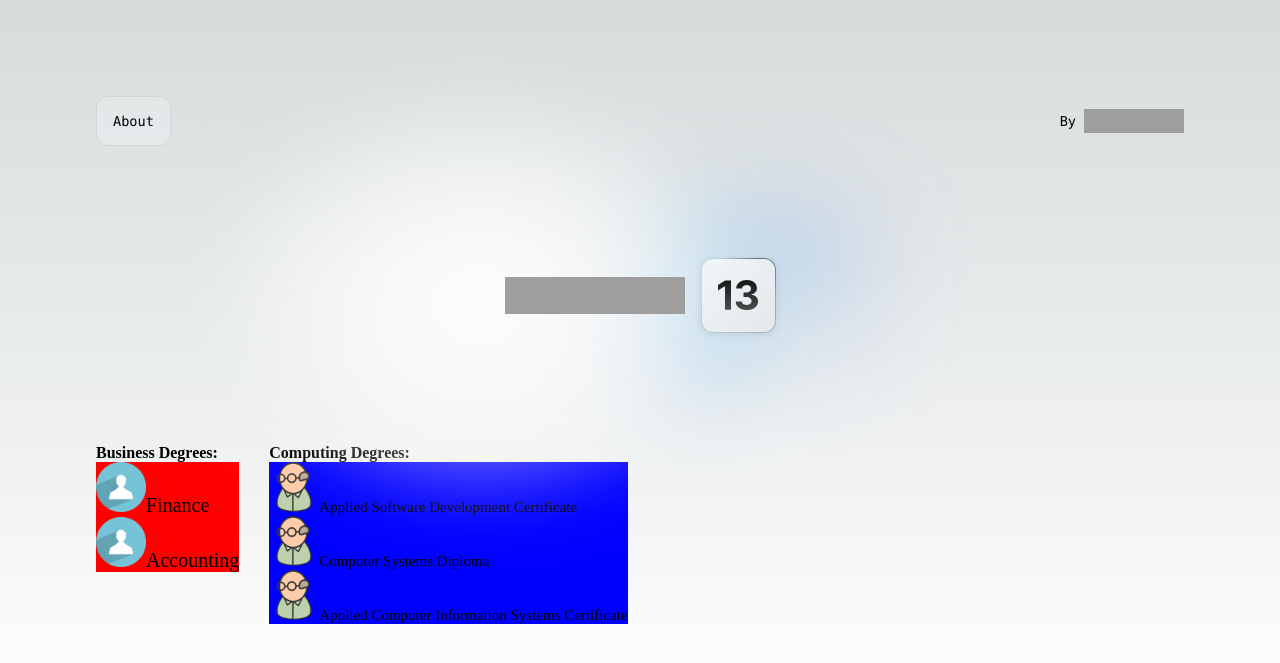
Repository: anikagrewal/week3example
Page: /
These files come from the project's save history. The page is drawn as it stood at one moment and after the next save; the edit follows.
The browser window is 1280 px wide. The pictures show the whole page.
Pictures or frames that could not be fetched are drawn as grey boxes. The project was rebuilt for these pictures with package versions that can differ from the ones it lists, and the page was loaded fresh each time. The framework's server and built-in components were replaced by stand-ins that run in the browser. Also part of the build but not shown: next.config.js.

Above is the page before, as saved 2023-01-18 12:46:33.

### pages/index.js
import Head from 'next/head'
import Image from 'next/image'
import { Inter } from '@next/font/google'
import styles from '@/styles/Home.module.css'
import data from '../data/education.json'
import { useState } from 'react'
import Card from '../components/Card'
import Link from 'next/link'

const inter = Inter({ subsets: ['latin'] })

console.log(data);
export default function Home() {

  const [information, setInformation] = useState([...data])

  return (
    <>
      <Head>
        <title>Create Next App</title>
        <meta name="description" content="Generated by create next app" />
        <meta name="viewport" content="width=device-width, initial-scale=1" />
        <link rel="icon" href="/favicon.ico" />
      </Head>
      <main className={styles.main}>
        <div className={styles.description}>
          <p>
            <Link href="about">About</Link>
          </p>
          <div>
            <a
              href="https://vercel.com?utm_source=create-next-app&utm_medium=default-template&utm_campaign=create-next-app"
              target="_blank"
              rel="noopener noreferrer"
            >
              By{' '}
              <Image
                src="/vercel.svg"
                alt="Vercel Logo"
                className={styles.vercelLogo}
                width={100}
                height={24}
                priority
              />
            </a>
          </div>
        </div>

        <div className={styles.center}>
          <Image
            className={styles.logo}
            src="/next.svg"
            alt="Next.js Logo"
            width={180}
            height={37}
            priority
          />
          <div className={styles.thirteen}>
            <Image
              src="/thirteen.svg"
              alt="13"
              width={40}
              height={31}
              priority
            />
          </div>
        </div>

        <div className={styles.grid}>
          <div className={styles.busdeg}>
        <b>Business Degrees: </b>
          {information && information.map((info, index) => {
            if(info.department === "Business") {
              return (
                <Card key={index} degree={info.degree} colour="red" font="20px"/>
              )
            }


          })}
          </div>

        <div className={styles.compdeg}>
          <b>Computing Degrees:</b>
            {information && information.map((info, index) => {
            if(info.department.toLowerCase() === "computing") {
              return (
                <Card key={index} degree={info.degree} colour="blue" font="15px"/>
              )
            }
          })}

          </div>

        </div>
      </main>
    </>
  )
}

### styles/Home.module.css
.main {
  display: flex;
  flex-direction: column;
  justify-content: space-between;
  align-items: center;
  padding: 6rem;
  min-height: 100vh;
}

.description {
  display: inherit;
  justify-content: inherit;
  align-items: inherit;
  font-size: 0.85rem;
  max-width: var(--max-width);
  width: 100%;
  z-index: 2;
  font-family: var(--font-mono);
}

.description a {
  display: flex;
  justify-content: center;
  align-items: center;
  gap: 0.5rem;
}

.description p {
  position: relative;
  margin: 0;
  padding: 1rem;
  background-color: rgba(var(--callout-rgb), 0.5);
  border: 1px solid rgba(var(--callout-border-rgb), 0.3);
  border-radius: var(--border-radius);
}

.code {
  font-weight: 700;
  font-family: var(--font-mono);
}

.grid {
  display: grid;
  grid-template-columns: repeat(4, minmax(25%, auto));
  width: var(--max-width);
  max-width: 100%;

}

.grid {
  display: flex;
  gap: 30px;
}

.card {
  padding: 1rem 1.2rem;
  border-radius: var(--border-radius);
  background: rgba(var(--card-rgb), 0);
  border: 1px solid rgba(var(--card-border-rgb), 0);
  transition: background 200ms, border 200ms;
}

.card span {
  display: inline-block;
  transition: transform 200ms;
}

.card h2 {
  font-weight: 600;
  margin-bottom: 0.7rem;
}

.card p {
  margin: 0;
  opacity: 0.6;
  font-size: 0.9rem;
  line-height: 1.5;
  max-width: 30ch;
}

.center {
  display: flex;
  justify-content: center;
  align-items: center;
  position: relative;
  padding: 4rem 0;
}

.center::before {
  background: var(--secondary-glow);
  border-radius: 50%;
  width: 480px;
  height: 360px;
  margin-left: -400px;
}

.center::after {
  background: var(--primary-glow);
  width: 240px;
  height: 180px;
  z-index: -1;
}

.center::before,
.center::after {
  content: '';
  left: 50%;
  position: absolute;
  filter: blur(45px);
  transform: translateZ(0);
}

.logo,
.thirteen {
  position: relative;
}

.thirteen {
  display: flex;
  justify-content: center;
  align-items: center;
  width: 75px;
  height: 75px;
  padding: 25px 10px;
  margin-left: 16px;
  transform: translateZ(0);
  border-radius: var(--border-radius);
  overflow: hidden;
  box-shadow: 0px 2px 8px -1px #0000001a;
}

.thirteen::before,
.thirteen::after {
  content: '';
  position: absolute;
  z-index: -1;
}

.busdeg {

}

.compdeg {

}

/* Conic Gradient Animation */
.thirteen::before {
  animation: 6s rotate linear infinite;
  width: 200%;
  height: 200%;
  background: var(--tile-border);
}

/* Inner Square */
.thirteen::after {
  inset: 0;
  padding: 1px;
  border-radius: var(--border-radius);
  background: linear-gradient(
    to bottom right,
    rgba(var(--tile-start-rgb), 1),
    rgba(var(--tile-end-rgb), 1)
  );
  background-clip: content-box;
}

/* Enable hover only on non-touch devices */
@media (hover: hover) and (pointer: fine) {
  .card:hover {
    background: rgba(var(--card-rgb), 0.1);
    border: 1px solid rgba(var(--card-border-rgb), 0.15);
  }

  .card:hover span {
    transform: translateX(4px);
  }
}

@media (prefers-reduced-motion) {
  .thirteen::before {
    animation: none;
  }

  .card:hover span {
    transform: none;
  }
}

/* Mobile */
@media (max-width: 700px) {
  .content {
    padding: 4rem;
  }

  .grid {
    grid-template-columns: 1fr;
    margin-bottom: 120px;
    max-width: 320px;
    text-align: center;
  }

  .card {
    padding: 1rem 2.5rem;
  }

  .card h2 {
    margin-bottom: 0.5rem;
  }

  .center {
    padding: 8rem 0 6rem;
  }

  .center::before {
    transform: none;
    height: 300px;
  }

  .description {
    font-size: 0.8rem;
  }

  .description a {
    padding: 1rem;
  }

  .description p,
  .description div {
    display: flex;
    justify-content: center;
    position: fixed;
    width: 100%;
  }

  .description p {
    align-items: center;
    inset: 0 0 auto;
    padding: 2rem 1rem 1.4rem;
    border-radius: 0;
    border: none;
    border-bottom: 1px solid rgba(var(--callout-border-rgb), 0.25);
    background: linear-gradient(
      to bottom,
      rgba(var(--background-start-rgb), 1),
      rgba(var(--callout-rgb), 0.5)
    );
    background-clip: padding-box;
    backdrop-filter: blur(24px);
  }

  .description div {
    align-items: flex-end;
    pointer-events: none;
    inset: auto 0 0;
    padding: 2rem;
    height: 200px;
    background: linear-gradient(
      to bottom,
      transparent 0%,
      rgb(var(--background-end-rgb)) 40%
    );
    z-index: 1;
  }
}

/* Tablet and Smaller Desktop */
@media (min-width: 701px) and (max-width: 1120px) {
  .grid {
    grid-template-columns: repeat(2, 50%);
  }
}

@media (prefers-color-scheme: dark) {
  .vercelLogo {
    filter: invert(1);
  }

  .logo,
  .thirteen img {
    filter: invert(1) drop-shadow(0 0 0.3rem #ffffff70);
  }
}

@keyframes rotate {
  from {
    transform: rotate(360deg);
  }
  to {
    transform: rotate(0deg);
  }
}

### data/education.json
[
        {
            "studentNumber": "A0004567",
            "firstName": "Person 1",
            "gpa": 3.8,
            "department": "Business",
            "degree": "Finance",
            "graduted": 2014
        },
        {
            "studentNumber": "A0001234",
            "firstName": "Person 2",
            "gpa": 3.5,
            "department": "Business",
            "degree": "Accounting",
            "graduted": 2010
        },
        {
            "studentNumber": "A0007890",
            "firstName": "Person 3",
            "gpa": 3.2,
            "department": "Computing",
            "degree": "Applied Software Development Certificate",
            "graduted": 2018
        },
        {
            "studentNumber": "A0007828",
            "firstName": "Person 4",
            "gpa": 3.9,
            "department": "Computing",
            "degree": "Computer Systems Diploma",
            "graduted": 2021
        },
        {
            "studentNumber": "A0003425",
            "firstName": "Person 5",
            "gpa": 3.2,
            "department": "Computing",
            "degree": "Applied Computer Information Systems Certificate",
            "graduted": 2021
        }
]

### components/Card/index.js
export default function Card({
    degree = "none",
    colour = "purple",
    font = "0",
    image = "icon/personTwo.png"
}) {
    return(
        <div style={{backgroundColor: colour, fontSize:font}}>
            {
                colour === "red" ? <img src={'icon/person.png'} width="50"/> :
                colour === "blue" ? <img src={'icon/personThree.png'} width="50"/>:
                                     <img src={image} width="50"/>
            }
            {degree}
        </div>
    )
}

Loaded but not shown: pages/_app.js (common file); pages/_document.js (common file); styles/globals.css (common file)

After the next save:
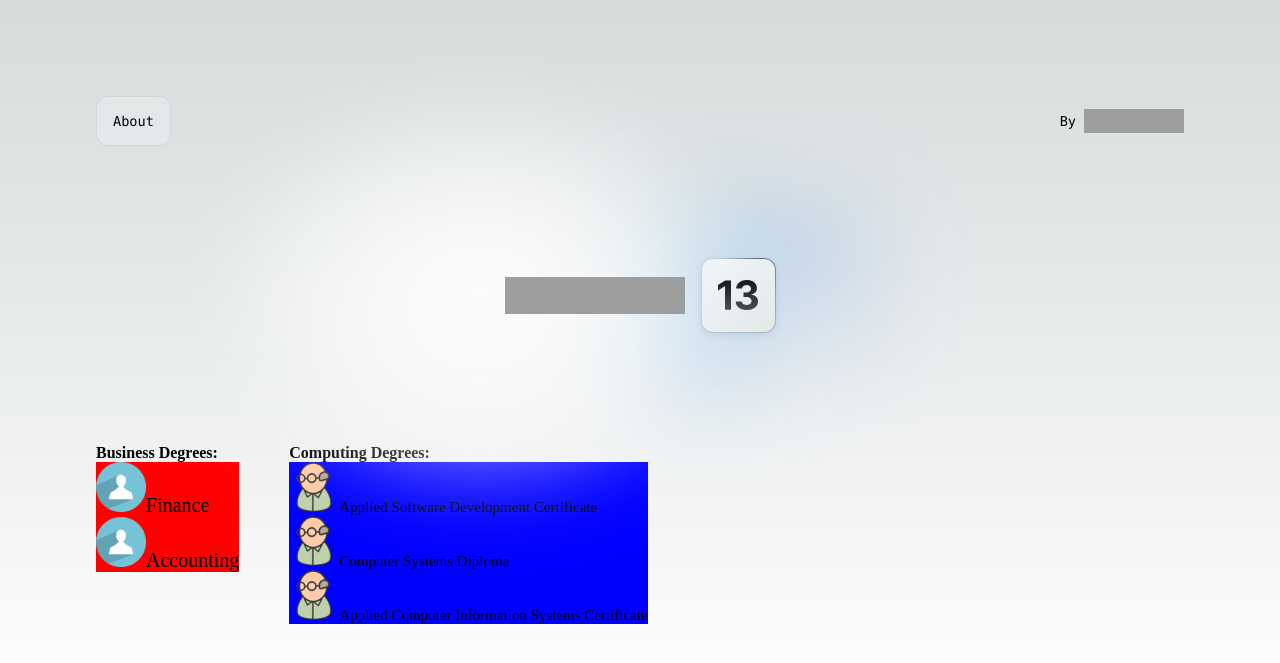
Saved 48 s later.
--- a/styles/Home.module.css
+++ b/styles/Home.module.css
@@ -49,7 +49,7 @@
 
 .grid {
   display: flex;
-  gap: 30px;
+  gap: 50px;
 }
 
 .card {
@@ -136,13 +136,7 @@
   z-index: -1;
 }
 
-.busdeg {
-
-}
-
-.compdeg {
-
-}
+
 
 /* Conic Gradient Animation */
 .thirteen::before {
